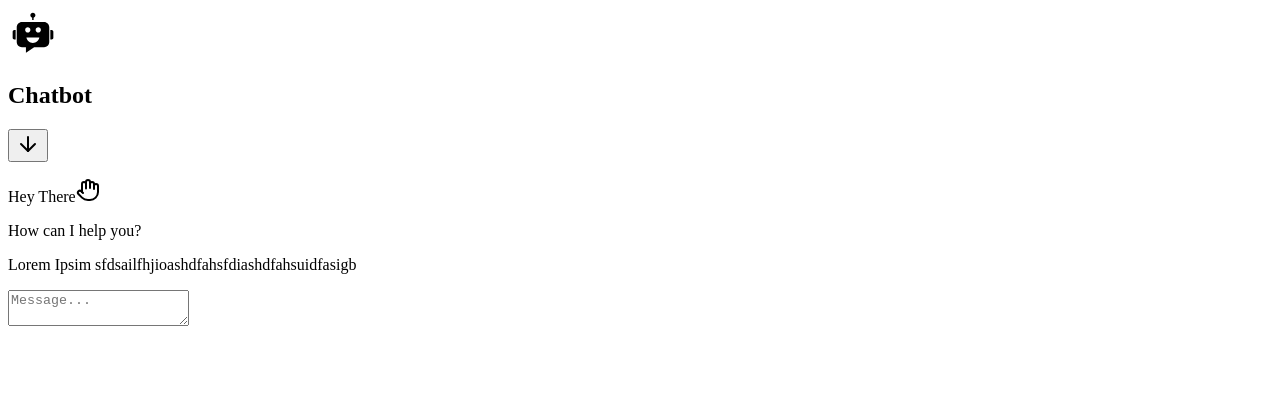
Repository: guilhermecardoso93/ai-bot
Page: /
These files come from the project's save history. The page is drawn as it stood at one moment and after the next save; the edit follows.
The browser window is 1280 px wide. The pictures show the whole page.
The project was rebuilt for these pictures with package versions that can differ from the ones it lists, and the page was loaded fresh each time. Also part of the build but not shown: vite.config.js.

Above is the page before, as saved 2024-11-11 20:02:42.

### index.html
<!doctype html>
<html lang="en">
  <head>
    <meta charset="UTF-8" />
    <link rel="icon" type="image/svg+xml" href="/vite.svg" />
    <meta name="viewport" content="width=device-width, initial-scale=1.0" />
    <title>Ai ChatBot</title>
  </head>
  <body>
    <div id="root"></div>
    <script type="module" src="/src/main.jsx"></script>
  </body>
</html>

### src/index.css
:root {

  font-synthesis: none;
  text-rendering: optimizeLegibility;
  -webkit-font-smoothing: antialiased;
  -moz-osx-font-smoothing: grayscale;
}

### src/App.jsx
import { Main } from "./components/Main";

export function App() {
  return (
    <>
      <Main />
    </>
  );
}

### src/components/Main.jsx
import Logo from "../assets/logo.svg";
import Arrow from "../assets/arrow.svg";
import Hand from "../assets/hand.svg";

export function Main() {
  return (
    <div className="chatbot-popup">
      {/* Header */}
      <div className="chat-header">
        <div className="header-info">
          <img src={Logo} alt="" />
          <h2 className="logo-text">Chatbot</h2>
        </div>
        <button className="material-symbols-rounded">
          <img src={Arrow} alt="" />
        </button>
      </div>

      {/* Body */}
      <div className="chat-body">
        <div className="message bot-message">
          <div className="message-text">
            <p className="message-text">
              Hey There
              <img src={Hand} alt="" />
            </p>
            <p>How can I help you?</p>
          </div>
          <div className="message-user">
            <p className="message-text">
              Lorem Ipsim sfdsailfhjioashdfahsfdiashdfahsuidfasigb
            </p>
          </div>
        </div>
      </div>

      {/* Footer */}
      <div className="chat-footer">
        <form action="" className="chat-form">
          <textarea placeholder="Message..." className="message-input"></textarea>
        </form>
      </div>
    </div>
  );
}

Loaded but not shown: src/main.jsx (common file)

After the next save:
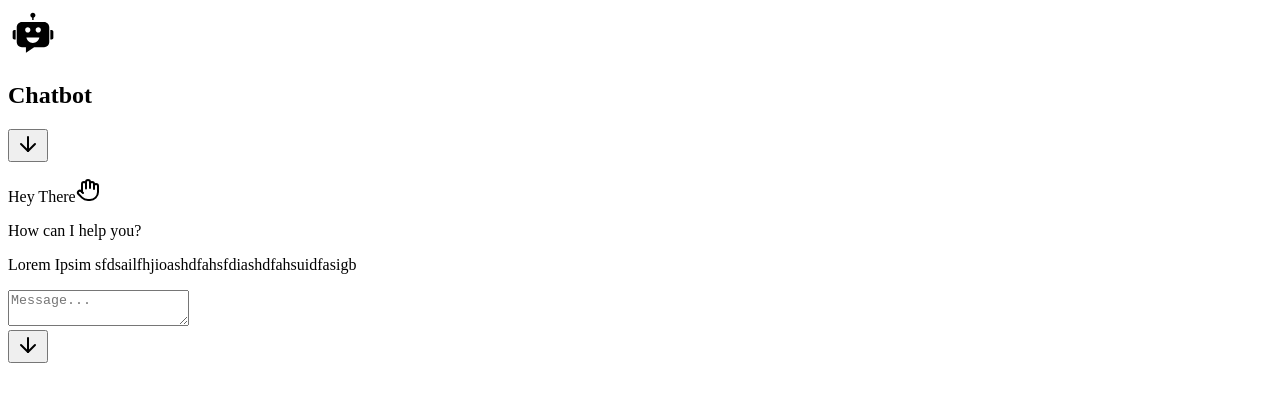
Saved 50 s later.
--- a/src/components/Main.jsx
+++ b/src/components/Main.jsx
@@ -37,7 +37,15 @@ export function Main() {
       {/* Footer */}
       <div className="chat-footer">
         <form action="" className="chat-form">
-          <textarea placeholder="Message..." className="message-input"></textarea>
+          <textarea
+            placeholder="Message..."
+            className="message-input"
+          ></textarea>
+          <div className="chat-controls">
+            <button className="material-symbols-rounded">
+              <img src={Arrow} alt="" />
+            </button>
+          </div>
         </form>
       </div>
     </div>
